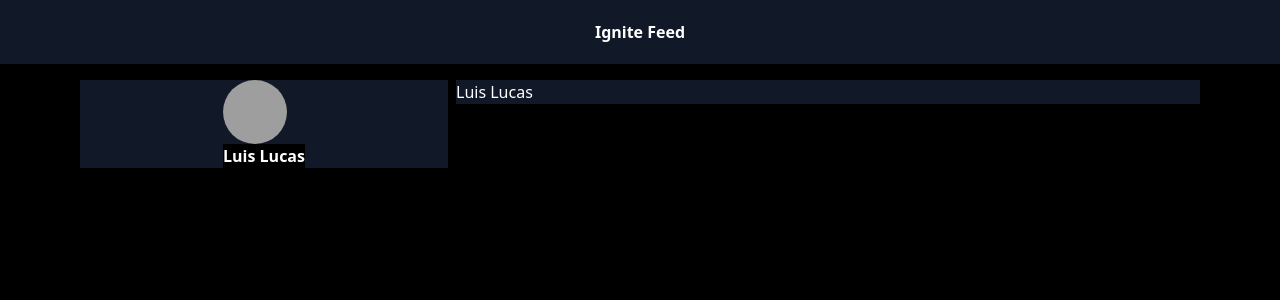
Repository: LuisSempre/ignite-feed
Page: /
These files come from the project's save history. The page is drawn as it stood at one moment and after the next save; the edit follows.
The browser window is 1280 px wide. The pictures show the whole page.
Pictures or frames that could not be fetched are drawn as grey boxes. The project was rebuilt for these pictures with package versions that can differ from the ones it lists, and the page was loaded fresh each time. Also part of the build but not shown: vite.config.js.

Above is the page before, as saved 2022-07-13 21:28:11.

### src/App.jsx
import { Header } from "./Components/Header"
import { Sidebar } from "./Components/Sidebar"
function App() {
  return (
    <div>
      <Header />
      <div className="max-w-6xl mx-auto p-4 grid grid-cols-3 gap-2 items-start">
        <Sidebar />
        <div className="bg-gray-900 col-span-2">
          Luis Lucas
        </div>
      </div>
    </div>
  );
}

export default App;

### src/index.css
@tailwind base;
@tailwind components;
@tailwind utilities;

* {
    @apply bg-black text-white;
}

### src/Components/Header.jsx
export function Header() {
  return (
    <div className="flex max-w-7xl items-center justify-center h-16 bg-gray-900">
      <h1 className="font-bold bg-gray-900">Ignite Feed</h1>
    </div>
  )
}

### src/Components/Sidebar.jsx
export function Sidebar() {
  return (
    <div className="bg-gray-900 justify-center grid items-center">
      <img
        className="w-16 h-16 rounded-full"
        src="https://avatars.githubusercontent.com/u/32404639?v=4"
        alt=""
      />

      <strong>Luis Lucas</strong>
    </div>
  );
}

Loaded but not shown: index.html (common file); src/main.jsx (common file); tailwind.config.js (common file)

After the next save:
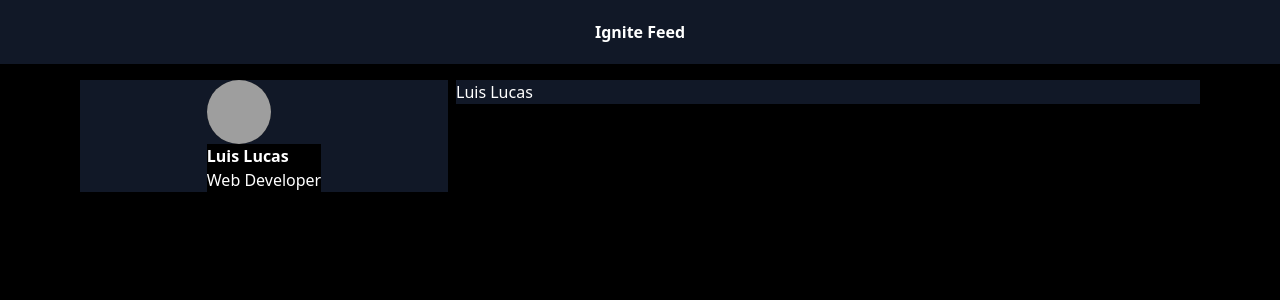
Saved 15 s later.
--- a/src/Components/Sidebar.jsx
+++ b/src/Components/Sidebar.jsx
@@ -8,6 +8,7 @@ export function Sidebar() {
       />
 
       <strong>Luis Lucas</strong>
+      <span>Web Developer</span>
     </div>
   );
 }
